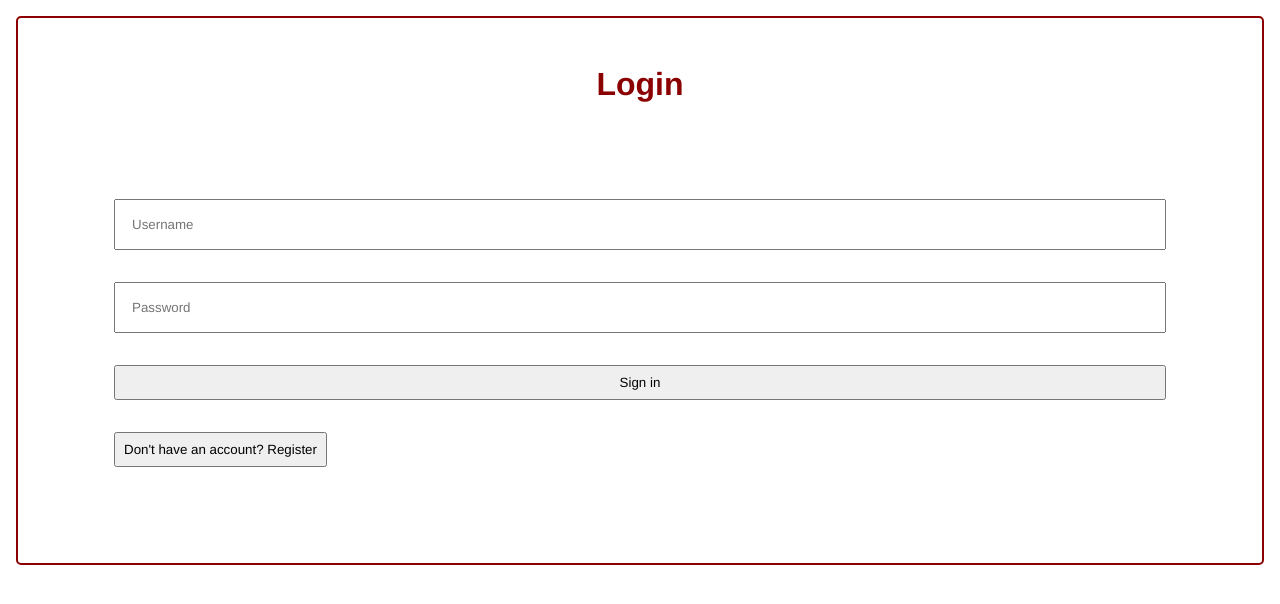
Repository: EricRobertCampbell/palaeo-fossil-classifier
Page: /register (app in palaeo-fossil-classifier/)
The author's editor kept a copy of each file at every save. The page is drawn from the files as they stood at one save, then again after the next save.
The browser window is 1280 px wide. The pictures show the whole page.
The project was rebuilt for these pictures with package versions that can differ from the ones it lists, and the page was loaded fresh each time. The framework's server and built-in components were replaced by stand-ins that run in the browser. Also part of the build but not shown: palaeo-fossil-classifier/next.config.ts.

Above is the page before, as saved 2024-11-30 12:57:01.

After the next save:
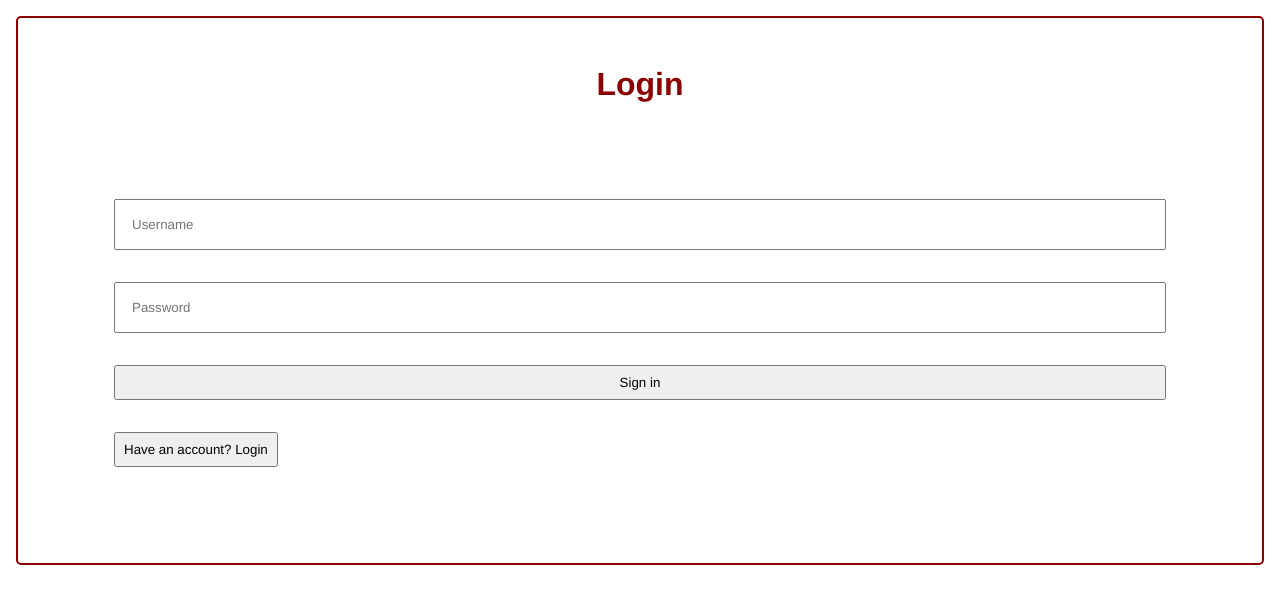
Saved 30 s later.
--- a/palaeo-fossil-classifier/app/register/page.tsx
+++ b/palaeo-fossil-classifier/app/register/page.tsx
@@ -19,12 +19,9 @@ export default function classify() {
           name="pw"
         />
         <button className={styles.button}> Sign in </button>
-        <a href="./register">
+        <a href="./login">
           {" "}
-          <button className={styles.button2}>
-            {" "}
-            Don't have an account? Register{" "}
-          </button>
+          <button className={styles.button2}> Have an account? Login </button>
         </a>
       </div>
     </div>
